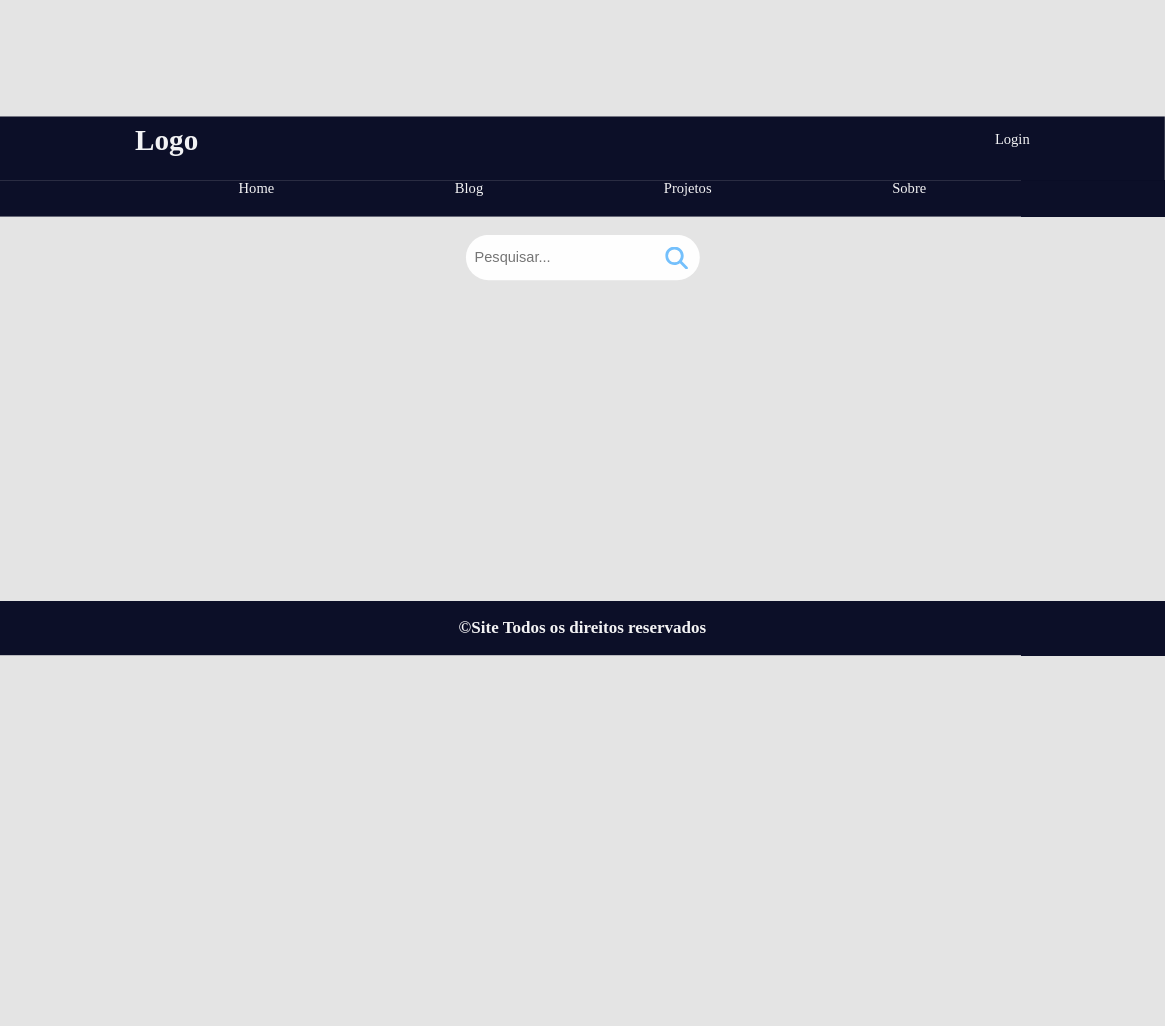
Repository: SauloMorais01/mysitefront-end
Page: src/pages/blog.html
These files come from the project's save history. The page is drawn as it stood at one moment and after a run of saves; the edit follows.
The browser window is 1280 px wide. The pictures show the whole page, at 91% of full size.
The pointer rests on the first visible `.search-item`.
Some web libraries are served in a nearby version.

Above is the page before, as saved 2024-11-03 14:06:47.

After the next 2 saves:
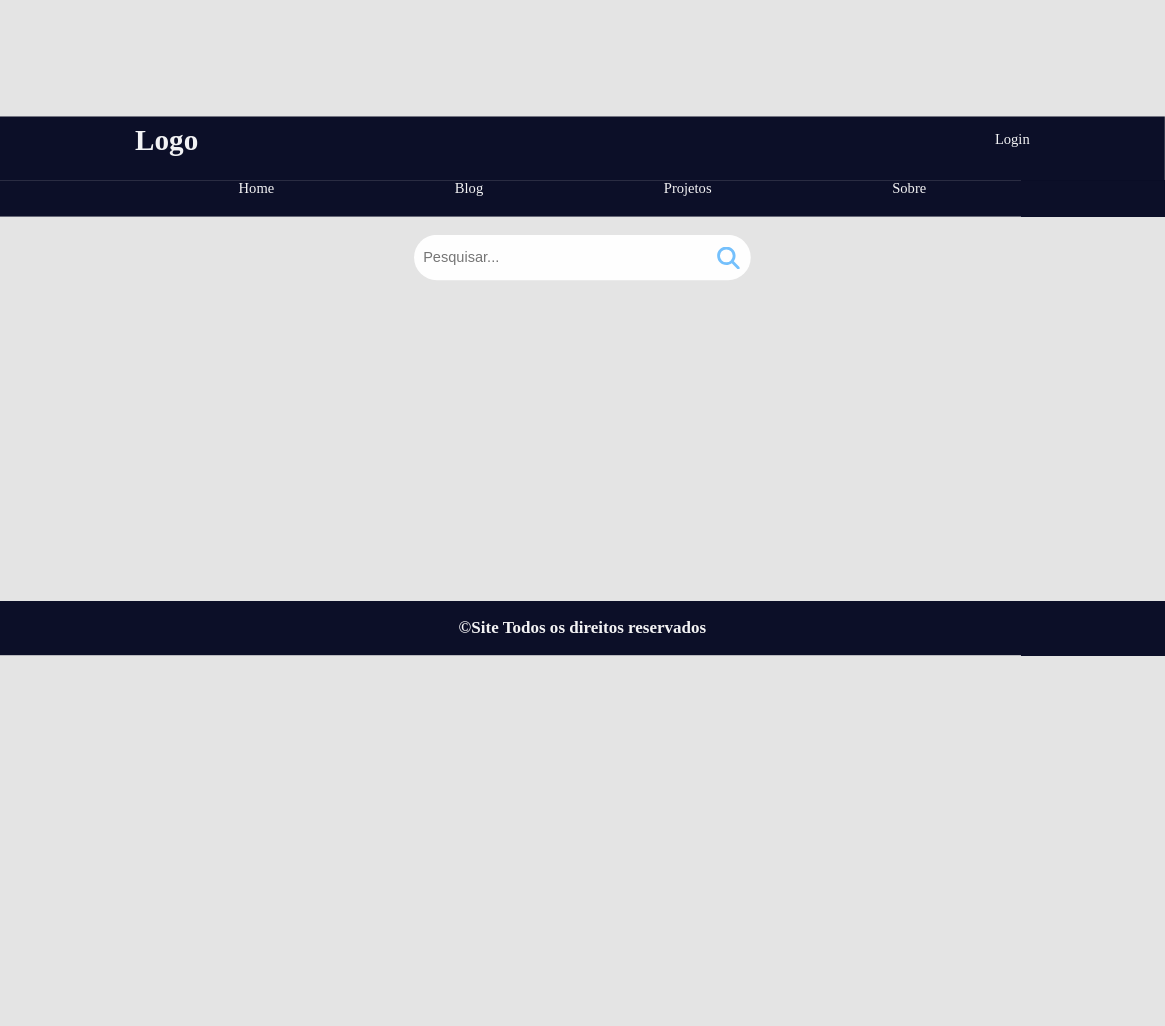
The 2 saves are shown as one change because they came seconds apart.
The last was saved 37 s later.
--- a/src/css/style.css
+++ b/src/css/style.css
@@ -210,7 +210,7 @@ footer h3 {
 }
 
 .search-item:hover .search-text {
-    width: 80%;
+    width: 320px;
     cursor: pointer;
 }
 /* end Search area */
